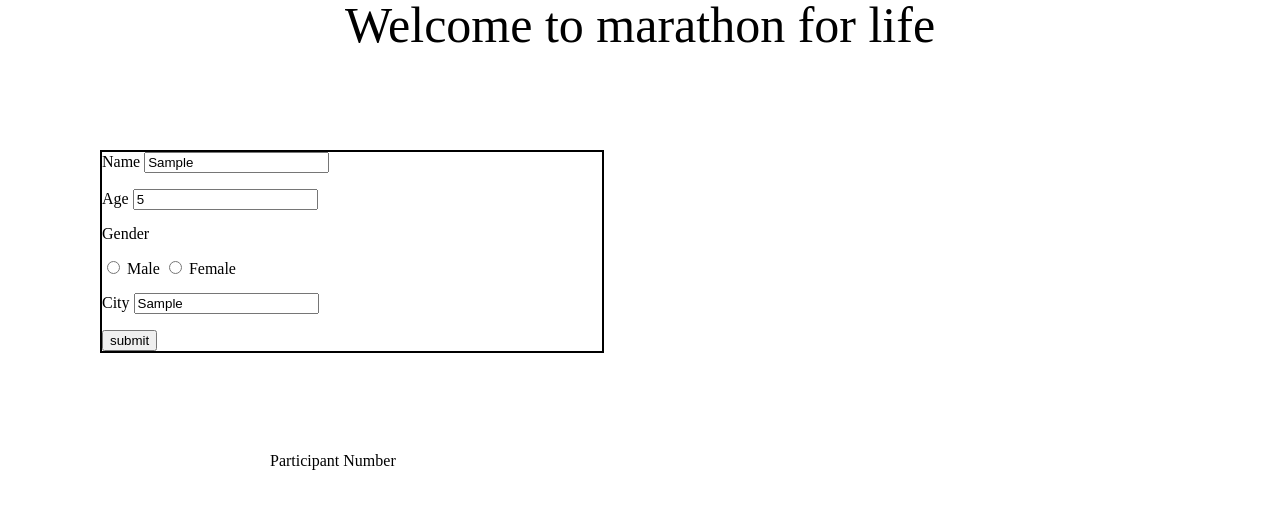
Repository: Razan-am/exam-practice
Page: marathon.html
An editor plug-in stored every save of this project. The page is shown before and after a run of saves, followed by the edit.
The browser window is 1280 px wide. The pictures show the whole page.
Empty fields were first filled with sample values (such as "Sample", 5 or name@example.com).
After loading, the first visible `#myForm` was submitted once.

Above is the page before, as saved 2021-05-31 14:41:17.

After the next 2 saves:
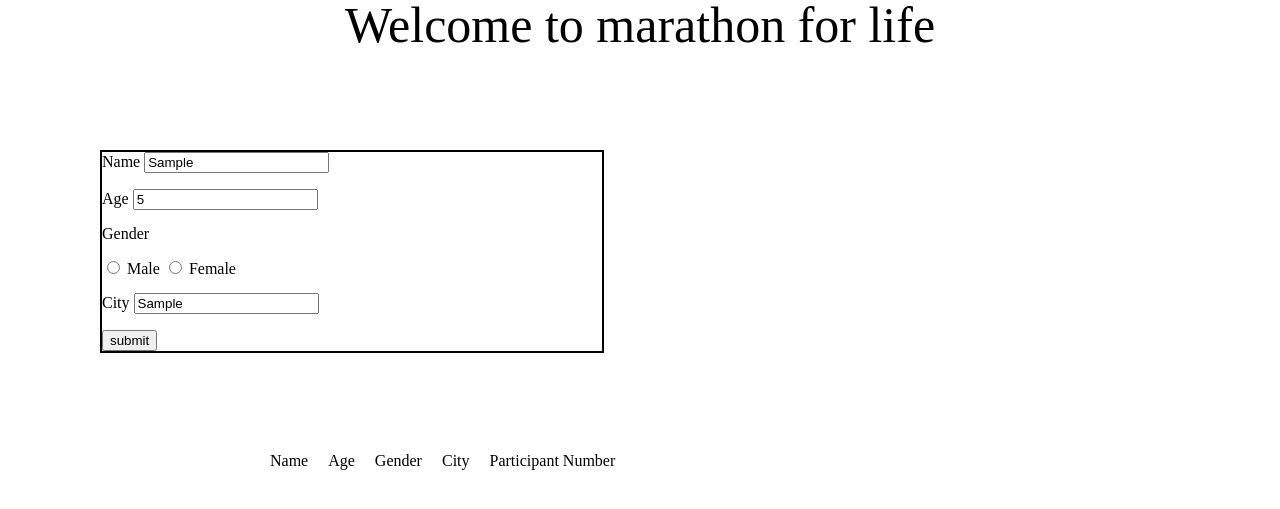
The 2 saves are shown as one change because they came seconds apart.
The last was saved 29 s later.
--- a/js/marathon.js
+++ b/js/marathon.js
@@ -35,11 +35,11 @@ let headerData = ['Name','Age','Gender','City','Participant Number']
 let tableHeader = document.createElement('tr');
 myTable.appendChild(tableHeader);
 function render (){
-    // tableHeader.textContent = '';
-    let theader = document.createElement ('th');
-    tableHeader.appendChild(theader);
+    tableHeader.textContent = '';
 
     for (let index = 0;  index< headerData.length; index++) {
-        theader.textContent=`${headerData[index]}`
+        let theader = document.createElement ('th');
+        tableHeader.appendChild(theader);
+        theader.textContent=`${headerData[index]}`;
     }
 }
